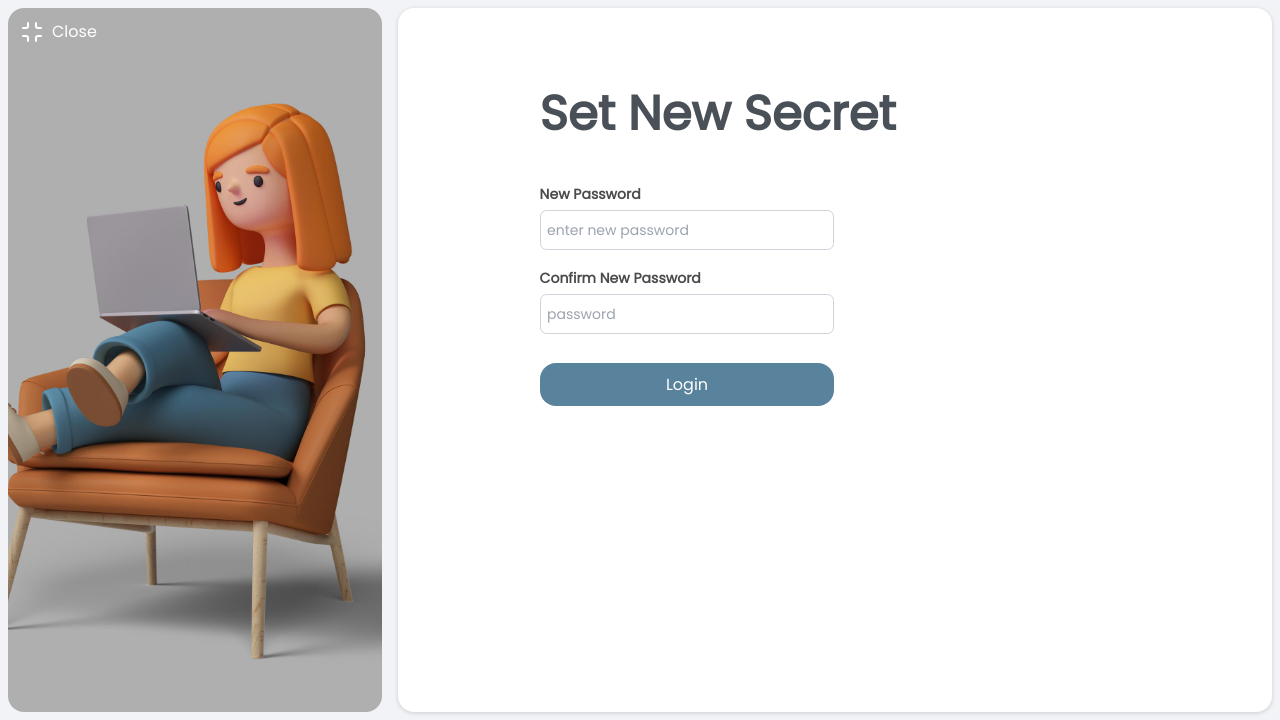
Repository: syni18/cleareyecare
Page: /reset-password (app in client/)
The author's editor kept a copy of each file at every save. The page is drawn from the files as they stood at one save, then again after the next save.
The browser window is 1280 px wide. The pictures show the whole page.
The page's requests for data from a server got no answer. Some web fonts or font styles are not loaded; a fallback is used. Some web libraries are served in a nearby version. The project was rebuilt for these pictures with package versions that can differ from the ones it lists, and the page was loaded fresh each time. No one was signed in, and anything a server would have sent is missing. Also part of the build but not shown: client/vite.config.js, client/src/components/nav/navigation.css, client/src/components/dropdown/Dropdown.jsx, client/src/redux/store/cartStore.js, client/src/components/nav/Navigation.jsx, client/src/components/footer/footer.css, client/src/components/footer/Footer.jsx.

Above is the page before, as saved 2024-11-17 20:54:23.

### client/index.html
<!doctype html>
<html lang="en">
  <head>
    <meta charset="UTF-8" />
    <link rel="icon" type="image/svg+xml" href="/vite.svg" />
    <meta name="viewport" content="width=device-width, initial-scale=1.0" />
    <link rel="stylesheet" type="text/css" charset="UTF-8" href="https://cdnjs.cloudflare.com/ajax/libs/slick-carousel/1.6.0/slick.min.css" />
    <link rel="stylesheet" type="text/css" href="https://cdnjs.cloudflare.com/ajax/libs/slick-carousel/1.6.0/slick-theme.min.css" />
    <title>Clear Eye Care</title>
  </head>
  <body>
    <div id="root"></div>
    <script type="module" src="/src/main.jsx"></script>
  </body>
</html>

### client/src/main.jsx
import React from "react";
import ReactDOM from "react-dom/client";
import App from "./App.jsx";
import "./index.css";
import store from "./redux/store.js";
import { Provider } from "react-redux";
import { QueryClient, QueryClientProvider } from "react-query";

const queryClient = new QueryClient();

ReactDOM.createRoot(document.getElementById("root")).render(
  <React.StrictMode>
    <Provider store={store}>
      <QueryClientProvider client={queryClient}>
        <App />
      </QueryClientProvider>
    </Provider>
  </React.StrictMode>
);

### client/src/App.jsx
import React, { Suspense, lazy } from "react";
import { createBrowserRouter, RouterProvider } from "react-router-dom";
import Navigation from "./components/nav/Navigation";
import Footer from "./components/footer/Footer";
import "./App.css"; // Ensure global CSS is imported

// Dynamic imports
const HomePage = lazy(() => import("./components/homepage/HomePage"));
const Login = lazy(() => import("./components/auth/Login"));
const Signup = lazy(() => import("./components/auth/Signup"));
// new ui
// const Signup = lazy(() => import("./containers/Authentication/signup/Signup"));
const Recovery = lazy(() => import("./components/auth/Recovery"));
const ResetPassword = lazy(() => import("./components/auth/ResetPassword"));
const ShoppingBag = lazy(() => import("./components/cart/ShoppingBag"));
const Profile = lazy(() => import("./components/profile/Profile"));
const ProfileInfo = lazy(() => import("./components/profile/ProfileInfo"));
const ManageAddress = lazy(() => import("./components/address/ManageAddress"));
const PANUpload = lazy(() => import("./components/PANupload/PANUpload"));
const SavedAuthPayCard = lazy(() =>
  import("./components/savedauthpayment/SavedAuthPayCard")
);
const SavedAuthPayUPI = lazy(() =>
  import("./components/savedauthpayment/SavedAuthPayUPI")
);
const GiftCard = lazy(() => import("./components/giftcard/GiftCard"));
const Coupons = lazy(() => import("./components/coupons-offers/Coupons"));
const Watchlist = lazy(() => import("./components/watchlist/Watchlist"));
const Orders = lazy(() => import("./components/orders/Orders"));
const SpecificOrders = lazy(() => import("./components/orders/SpecificOrders"));
const ItemDetails = lazy(() => import("./components/products/ItemDetails"));
const SizeChart = lazy(() => import("./components/sizechart/SizeChart"));
const RateProductForm = lazy(() =>
  import("./components/rateproductform/RateProductForm")
);
const ProductView = lazy(() => import("./components/products/ProductView"));
const BillingAddress = lazy(() => import("./components/cart/BillingAddress"));
const CartLogin = lazy(() => import("./components/empty/CartLogin"));
const Banner = lazy(() => import("./components/banner/Banner"));
const Dashboard = lazy(() => import("./components/game/compnents/Dashboard"));


// Layout Component
const Layout = ({ children, showHeaderFooter = true }) => (
  <>
    {showHeaderFooter && <Navigation />}
    <Suspense fallback={<div>Loading...</div>}>{children}</Suspense>
    {showHeaderFooter && <Footer />}
  </>
);


const router = createBrowserRouter([
  {
    path: "/",
    element: (
      <Layout>
        <Banner />
        <HomePage />
      </Layout>
    ),
  },
  {
    path: "/login",
    element: (
      <Layout showHeaderFooter={false}>
        <Login />
      </Layout>
    ),
  },
  {
    path: "/signup",
    element: (
      <Layout showHeaderFooter={false}>
        <Signup />
      </Layout>
    ),
  },
  {
    path: "/recovery",
    element: (
      <Layout showHeaderFooter={false}>
        <Recovery />
      </Layout>
    ),
  },
  {
    path: "/reset-password",
    element: (
      <Layout showHeaderFooter={false}>
        <ResetPassword />
      </Layout>
    ),
  },
  {
    path: "/cart",
    element: (
      <Layout>
        <ShoppingBag />
      </Layout>
    ),
  },
  {
    path: "/profile",
    element: (
      <Layout>
        <Profile />
      </Layout>
    ),
    children: [
      { path: "", element: <ProfileInfo /> },
      { path: "userinfo", element: <ProfileInfo /> },
      { path: "manage-address", element: <ManageAddress /> },
      { path: "pan-upload", element: <PANUpload /> },
      { path: "saved-auth-payment-cards", element: <SavedAuthPayCard /> },
      { path: "saved-auth-payment-upi", element: <SavedAuthPayUPI /> },
      { path: "saved-auth-giftCards", element: <GiftCard /> },
      { path: "myCoupons", element: <Coupons /> },
      { path: "reviews-ratings", element: <GiftCard /> },
      { path: "watchlist", element: <Watchlist /> },
    ],
  },
  {
    path: "/orders",
    element: (
      <Layout>
        <Orders />
      </Layout>
    ),
  },
  {
    path: "/specific-orders/:id",
    element: (
      <Layout>
        <SpecificOrders />
      </Layout>
    ),
  },
  {
    path: "/item/:id",
    element: (
      <Layout>
        <ItemDetails />
      </Layout>
    ),
    children: [{ path: "", element: <SizeChart /> }],
  },
  {
    path: "/rate&review-pkg",
    element: (
      <Layout>
        <RateProductForm />
      </Layout>
    ),
  },
  {
    path: "/search-items",
    element: (
      <Layout>
        <ProductView />
      </Layout>
    ),
  },
  {
    path: "/cart-address",
    element: (
      <Layout>
        <BillingAddress />
      </Layout>
    ),
  },
  {
    path: "/cart-login",
    element: (
      <Layout>
        <CartLogin />
      </Layout>
    ),
  },
  {
    path: "/game",
    element: (
      <Layout showHeaderFooter={false}>
        <Dashboard />
      </Layout>
    ),
  },
]);

function App() {
  return (
    <main>
      <RouterProvider router={router} />
    </main>
  );
}

export default App;

### client/src/index.css
@tailwind base;
@tailwind components;
@tailwind utilities;

:root {
  font-family: Inter, system-ui, Avenir, Helvetica, Arial, sans-serif;
  line-height: 1.5;
  font-weight: 400;
  background-color: #f1f3f6;;

  text-rendering: optimizeLegibility;
  -webkit-font-smoothing: antialiased;
  -moz-osx-font-smoothing: grayscale;
}
html, body {
  height: 100%;
  margin: 0;
}

/* Flexbox setup on the body to push the footer down */
body {
  display: flex;
  flex-direction: column;
  justify-content: space-between; /* This will push the footer to the bottom */
}

.footer-wrapper {
  margin-top: auto; /* This will automatically adjust the margin to push the footer to the bottom */
}

### client/src/redux/store.js
// src/redux/store.js
import { configureStore } from '@reduxjs/toolkit';
import cartReducer from './reducer/cartReducer';
import watchlistReducer from './reducer/watchlistReducer';

const store = configureStore({
  reducer: {
    cart: cartReducer,
    watchlist: watchlistReducer,
  },
});

export default store;

### client/src/App.css
@import url('https://fonts.googleapis.com/css2?family=Bellota:wght@700&family=Poppins&family=Quicksand:wght@300&display=swap');
*{
    margin: 0;
    padding: 0;
    box-sizing: border-box;
    font-family: Poppins;
}
ul{
  list-style: none;
}

a {
  color: black;
  text-decoration: none;
}
input::-webkit-inner-spin-button,
input::-webkit-outer-spin-button{
    -webkit-appearance: none;
    margin: 0;
}
input::-webkit-search-cancel-button{
    display: none;
}

### client/src/components/auth/ResetPassword.jsx
import { useFormik } from 'formik';
import { Minimize } from 'lucide-react';
import React from 'react'
import './login.css';
import { Link, Navigate, useNavigate } from 'react-router-dom';
import { resetPasswordValidation } from '../../helper/validate';
import { resetPassword } from '../../helper/helper';
import { useAuthStore } from '../../redux/store/authStore';
import toast, { Toaster } from "react-hot-toast";
import useFetch from '../../hooks/fetchHooks';
import AuthLeftBox from './AuthLeftBox';

const FormField = ({ label, type, id, placeholder, formikProps }) => (
  <>
    <label htmlFor={id}>{label}</label>
    <input type={type} id={id} placeholder={placeholder} {...formikProps} />
  </>
);

function ResetPassword() {
  const {useremail} = useAuthStore(state => state.auth);
  const [{ isLoading, apiData, status, serverError }] = useFetch("createResetSession");
  const {handleSubmit, getFieldProps} = useFormik({
    initialValues: {
      password: "",
      confirmPassword: ""
    },
    validate: resetPasswordValidation,
    validateOnBlur: false,
    validateOnChange:false,
    onSubmit: async (values) => {
      console.log("values: ", values, useremail);
      let resetPromise = resetPassword({useremail, password: values.password});

      toast.promise(resetPromise, {
        loading: 'Updating...',
        success: <b>Reset Succesfully.</b>,
        error: <b>Could not Reset! Try again</b>
      })
      resetPromise.then(function(){
        navigate('/login')
      })
    }
  })
  const navigate = useNavigate();
  const handleCloseBox = () => {
    navigate("/");
  };
    // if (isLoading) return <h1 className="text-2xl font-bold">isLoading</h1>;
    // if (serverError)
    //   return <h1 className="text-xl text-red-500">{serverError.message}</h1>;
    // if (status && status !== 201)
    //   return <Navigate to={"/login"} replace={true}></Navigate>;
  return (
    <section className="login-wrapper">
      <Toaster position="bottom-right" />
      <div className="login-container">
        <AuthLeftBox />
        <div className="loco-right">
          <div className="lort-box">
            <span className="lrtb-header">Set New Secret</span>
            <form className="login-form-wrapper" onSubmit={handleSubmit}>
              <FormField
                label="New Password"
                type="text"
                id="pswd-help"
                placeholder="enter new password"
                fieldProps={getFieldProps("newpassword")}
              />
              <FormField
                label="Confirm New Password"
                type="text"
                id="cnf-paswd-help"
                placeholder="password"
                fieldProps={getFieldProps("cnfpassword")}
              />
              <button type="submit">Login</button>
              {/* <Link to='/signup'>
                <button type="button" id="lfw-create-account">
                  Create Account
                </button>
              </Link> */}
            </form>
          </div>
        </div>
      </div>
    </section>
  );
}

export default ResetPassword

### client/src/redux/reducer/cartReducer.js
// src/redux/reducers/cartReducer.js
import { createSlice } from "@reduxjs/toolkit";

const initialState = {
  cartCount: 0,
  cartItems: [],
};

const cartSlice = createSlice({
  name: "cart",
  initialState,
  reducers: {
    addToCart: (state, action) => {
      const existingItemIndex = state.cartItems.findIndex(
        (item) => item._id === action.payload._id
      );

      if (existingItemIndex >= 0) {
        state.cartItems[existingItemIndex].quantity +=
          action.payload.quantity || 1;
      } else {
        state.cartItems.push({
          ...action.payload,
          quantity: action.payload.quantity || 1,
        });
      }

      state.cartCount += action.payload.quantity || 1;
    },
    removeFromCart: (state, action) => {
      const itemIndex = state.cartItems.findIndex(
        (item) => item._id === action.payload
      );
      if (itemIndex >= 0) {
        const item = state.cartItems[itemIndex];
        state.cartCount -= item.quantity;
        state.cartItems.splice(itemIndex, 1);
      }
    },
    increaseQuantity: (state, action) => {
      const item = state.cartItems.find((item) => item._id === action.payload);
      if (item) {
        item.quantity += 1;
      }
    },
    decreaseQuantity: (state, action) => {
      const item = state.cartItems.find((item) => item._id === action.payload);
      if (item && item.quantity > 1) {
        item.quantity -= 1;
      }
    },
  },
});

export const { addToCart, removeFromCart, increaseQuantity, decreaseQuantity } =
  cartSlice.actions;
export default cartSlice.reducer;

### client/src/components/auth/login.css
:root {
    --primary-color: #59839d;
    --secondary-color: #f1f3f6;
    --text-color: #495057;
    --border-color: #ced4da;
    --hover-bg-color: #f8f9fa;
    --light-bg-color: #ffffff;
}

.login-wrapper {
    width: 100%;
    height: 100vh;
    display: flex;
    align-items: center;
    justify-content: center;
    background-color: var(--secondary-color);
}

.auth-wrap-close {
    position: absolute;
    top: 20px;
    left: 20px;
    color: white;
    display: flex;
    align-items: center;
    cursor: pointer;
}

.auth-wrap-close .auth-wrcl-text {
    margin-left: 0.5rem;
}

.login-container {
    position: relative;
    width: 100%;
    height: 100%;
    display: flex;
}

.login-container .loco-left {
    flex: 30%;
    display: flex;
    flex-direction: column;
    justify-content: center;
    margin: 0.5rem;
    border-radius: 16px;
    background-image: url('../../assets/5141092.jpg'); /* Replace with your image path */
    background-size: cover;
    background-position: center;
    background-repeat: no-repeat;
    color: #ffffff;
}

.login-container .loco-left h1 {
    font-size: 3rem;
    font-weight: 500;
    width: max-content;
    margin-left: 2rem;
    border-bottom: 7px solid #ffffff;
    border-radius: 4px;
}

.login-container .loco-left h3,
.login-container .loco-left h5 {
    font-weight: normal;
    margin-top: 1rem;
    margin-left: 2rem;
}

.login-container .loco-right {
    flex: 70%;
    box-shadow: rgba(0, 0, 0, 0.16) 0px 1px 4px;
    display: flex;
    justify-content: center;
    align-items: center;
    margin: 0.5rem;
    border-radius: 16px;
    flex-direction: column;
    background-color: var(--light-bg-color);
}

.lort-box {
    width: 75%;
    /* border: 1px solid black; */
    height: 80%;
}

.lort-already {
    width: 80%;
    margin: 1rem;
    text-align: right;
}

.lrtady-link {
    cursor: pointer;
}

.lrtady-span-text {
    opacity: 0.5;
    font-size: 14px;
}

.lrtady-login {
    color: #b76d3e;
    font-weight: 600;
    margin-left: 0.25rem;
    font-size: 14px;
}

.lrtb-header {
    margin: 1rem 1rem 1rem 2rem;
    font-size: 48px;
    color: var(--text-color);
    font-weight: 900;
}

.social-signup {
    display: flex;
    gap: 1rem;
    margin: 3rem 1rem 1rem 2rem;
}

.social-btn {
    display: flex;
    align-items: center;
    justify-content: center;
    gap: 0.5rem;
    padding: 0.40rem 2.1rem;
    border: 1px solid var(--border-color);
    border-radius: 9px;
    text-decoration: none;
    color: var(--text-color);
    background-color: var(--light-bg-color);
    transition: background-color 0.3s ease, transform 0.2s ease;
}

.social-btn:hover {
    background-color: var(--hover-bg-color);
    transform: scale(1.0);
}

.google-btn svg,
.facebook-btn svg {
    width: 1.5rem;
    height: 1.5rem;
}

.horizontal-divider-with-text {
    display: flex;
    margin: 3rem 1rem 1rem 2rem;
    width: 45%;
    font-size: 14px;
    font-weight: 600;
}

.horizontal-divider-with-text span {
    font-size: 1rem;
    font-weight: bold;
    color: #555;
}

.loco-right .login-form-wrapper {
    width: 45%;
    margin: 2rem 1rem 2rem 2rem;
}

.login-form-wrapper label {
    font-size: 14px;
    font-weight: 600;
    opacity: 0.7;
}

.login-form-wrapper input {
    outline: none;
    border: 1px solid var(--border-color);
    width: 100%;
    height: 2.5rem;
    font-size: 14px;
    padding-left: 0.4rem;
    margin: 0.25rem 0 1rem 0;
    border-radius: 0.4rem;
    background-color: var(--light-bg-color);
}

.login-form-wrapper input:focus::-webkit-input-placeholder {
    color: transparent;
}

.login-form-wrapper p {
    margin-top: 1.5rem;
    font-size: 12px;
}

.login-form-wrapper p em {
    color: var(--primary-color);
    cursor: pointer;
}

.lfw-name {
    display: flex;
}

.lfw-name span:first-child {
    margin-right: 0.5rem;
}

.login-form-wrapper button,
.login-linkbtn {
    width: 100%;
    margin-top: 0.8rem;
    border-radius: 1rem;
    border: none;
    padding: 0.6rem 2rem;
    background: var(--primary-color);
    color: #ffffff;
    cursor: pointer;
}
#lfw-create-account {
    width: 100%;
    margin-top: 0.8rem;
    border-radius: 9rem;
    border: none;
    padding: 0.6rem 2rem;
    background: #b76d3e;
    color: #ffffff;
    cursor: pointer;
}

.lfw-forget{
    font-size: 12px;
    width: 100%;
    margin: 0.5rem 0;
    text-align: right;
    /* border: 1px solid black; */
    font-weight: 900;
}
.lfw-forget-link {
    color: #b76d3e;
    margin-left: 0.2rem;
}
/* Responsive Styles */
@media (max-width: 1200px) {
    .login-container {
        flex-direction: column; /* Stack the left and right sections on smaller screens */
    }

    .login-container .loco-left,
    .login-container .loco-right {
        flex: 100%; /* Full width for both sections */
        margin: 0; /* Remove margins for better alignment */
    }

    .lort-box {
        width: 90%; /* Adjust width for smaller screens */
    }

    .loco-right .login-form-wrapper {
        width: 90%; /* Adjust form width */
    }
}

@media (max-width: 992px) {
    .lbtb-header {
        font-size: 36px; /* Reduce header size */
    }

    .social-signup {
        flex-direction: column; /* Stack social buttons */
        align-items: center; /* Center align */
    }

    .social-btn {
        width: 100%; /* Full width for social buttons */
        margin-bottom: 1rem; /* Add space between buttons */
    }
}

@media (max-width: 768px) {
    .login-container .loco-left h1 {
        font-size: 2.5rem; /* Reduce heading size */
    }

    .login-container .loco-left h3,
    .login-container .loco-left h5 {
        margin-left: 1rem; /* Reduce margin */
    }

    .login-form-wrapper label {
        font-size: 12px; /* Reduce label size */
    }

    .login-form-wrapper input {
        height: 2rem; /* Reduce input height */
    }

    .login-form-wrapper button {
        padding: 0.5rem 1.5rem; /* Adjust button padding */
    }
}

@media (max-width: 576px) {
    .login-container {
        flex-direction: column; /* Stack entire login container */
    }
    .login-container .loco-left {
        display: none; /* Hide the AuthLeftbox component */
    }
    .lort-already {
        display: none; /* Hide the element */
    }
    .login-container .loco-left,
    .login-container .loco-right {
        flex: 100%; /* Full width */
    }

    .lort-box {
        width: 95%; /* Adjust box width */
    }

    .horizontal-divider-with-text {
        width: 90%; /* Adjust width for smaller screens */
    }

    .login-form-wrapper {
        width: 100%; /* Full width for form wrapper */
    }
}

### client/src/components/auth/AuthLeftBox.jsx
import React from 'react'
import { Minimize } from "lucide-react";
import { useNavigate } from 'react-router-dom';

function AuthLeftBox() {
  const navigate = useNavigate();
    const handleCloseBox = () => {
      navigate("/");
    };
  return (
    <>
      {" "}
      <span className="auth-wrap-close" onClick={handleCloseBox}>
        <Minimize /> <span className="auth-wrcl-text">Close</span>
      </span>
      <div className="loco-left">

      </div>
    </>
  );
}

export default AuthLeftBox

### client/src/redux/store/authStore.js
// src/store/useAuthStore.js (or any path you prefer)
import { create } from "zustand";

export const useAuthStore = create((set) => ({
  auth: {
    userId: "",
    username: "",
    useremail: "",
    role: "",
    active: false,
  },
  setFullname: (username) =>
    set((state) => ({ auth: { ...state.auth, username: username } })),
  setUseremail: (useremail) =>
    set((state) => ({ auth: { ...state.auth, useremail: useremail } })),
  setUserId: (userId) =>
    set((state) => ({ auth: { ...state.auth, userId: userId } })),
}));

### client/src/hooks/fetchHooks.js
import axios from "axios";
import { useEffect, useState } from "react";
import { getUsername } from "../helper/helper";

axios.defaults.baseURL = 'http://localhost:8080';

/** custom hook */
export default function useFetch(query) {
  // console.log(query);
  const [getData, setData] = useState({
    isLoading: false,
    apiData: undefined,
    status: null,
    serverError: null,
  });

  useEffect(() => {
    const fetchData = async () => {
      try {
        setData((prev) => ({ ...prev, isLoading: true }));

        const { username } = !query ? await getUsername() : "";

        const { data, status } = !query
          ? await axios.get(`v1/api/user/${username}`)
          : await axios.get(`v1/api/${query}`);

        if (status === 201) {
          setData((prev) => ({ ...prev, isLoading: false }));
          setData((prev) => ({ ...prev, apiData: data, status: status }));
        }

        setData((prev) => ({ ...prev, isLoading: false }));
      } catch (error) {
        setData((prev) => ({ ...prev, isLoading: false, serverError: error }));
      }
    };
    fetchData();
  }, [query]);

  return [getData, setData];
}

### client/src/components/dropdown/dropdown.css
:root {
  --primary-bg: #242526;
  --secondary-bg: #fff;
  --primary-text-color: #555;
  --secondary-text-color: #cecece;
  --border-radius: 4px;
  --speed: 500ms;
}
.auth-dropdown-wrapper{
  position: absolute;
  top:50px;
  right: 150px;
  background-color: #fff;
  border-radius: var(--border-radius);
  /* padding: 8px 15px; */
  width: 150px;
  border: 1px solid #d3d3d3;
}
.auth-dropdown-wrapper::before{
  content: '';
  position: absolute;
  z-index: ;
  top: -25px;
  right: 5px;
  background-color: transparent;
  /* border: 1px solid #d3d3d3; */
  height: 25px;
  width: 45px;

  transform: rotate(90deg);
}
.dropdown-menu.active{
  opacity: 1;
  visibility: visible;
  transform: translateY(0);
  transition: var(--speed) ease;
}

.dropdown-menu.inactive{
  opacity: 0;
  visibility: hidden;
  transform: translateY(-20px);
  transition: var(--speed) ease;
}
.auth-dropdown-container li a{
  display: flex;
  align-items: center;
  justify-content: space-between;
  /* margin: 0.5rem 0; */
  padding: 8px  10px;
  /* border-top: 1px solid rgba(0, 0, 0, 0.05); */
}
.auth-dropdown-container li .lucide {
  color: #555;
}
.auth-dropdown-container li:hover{
  background-color: #f1f3f6;
  border-radius: 4px;
  color: #007bff;
  /* font-weight: 600; */
}
.auth-dropdown-container li:hover .lucide{
  color: #f1f3f6 !important;
  fill: #007bff;
}

### client/tailwind.config.js
/** @type {import('tailwindcss').Config} */
module.exports = {
  content: [
    "./src/**/*.{js,jsx,ts,tsx}", // Targeting React component files
    "./public/index.html", // Include HTML entry file if necessary
  ],
  theme: {
    extend: {
      colors: {
        customBlue: "#1B9C9C",
        customGray: "#333333",
      },
    },
  },
  plugins: [],
};

Loaded but not shown: client/src/helper/helper.js (351 lines, source omitted); client/src/redux/reducer/watchlistReducer.js (128 lines, source omitted); client/src/helper/validate.js (112 lines, source omitted)

After the next save:
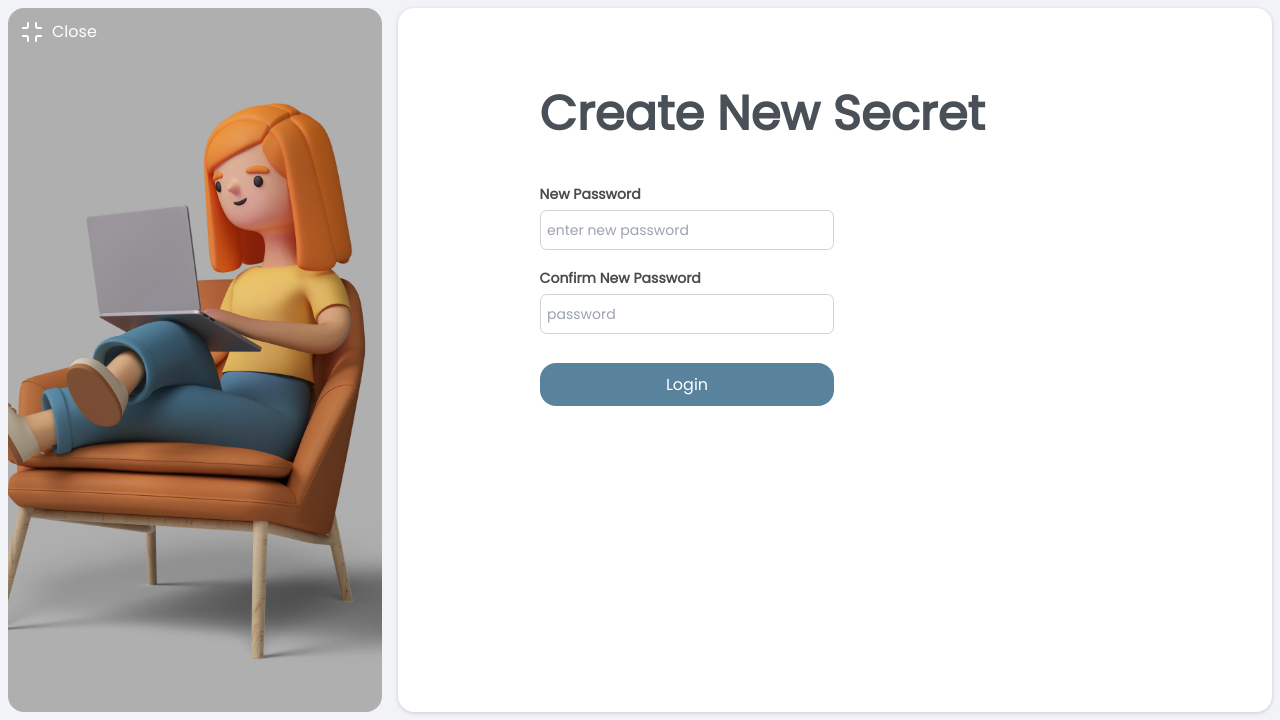
Saved 16 s later.
--- a/client/src/components/auth/ResetPassword.jsx
+++ b/client/src/components/auth/ResetPassword.jsx
@@ -58,7 +58,7 @@ function ResetPassword() {
         <AuthLeftBox />
         <div className="loco-right">
           <div className="lort-box">
-            <span className="lrtb-header">Set New Secret</span>
+            <span className="lrtb-header">Create New Secret</span>
             <form className="login-form-wrapper" onSubmit={handleSubmit}>
               <FormField
                 label="New Password"
